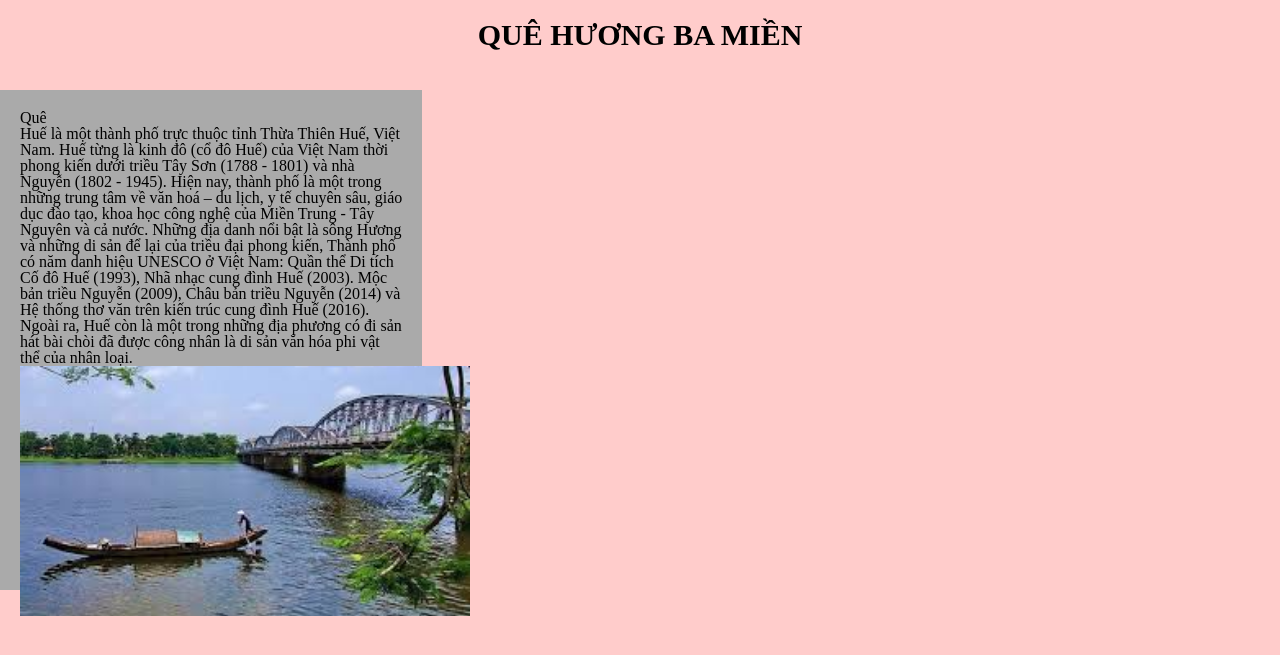
Repository: Tan-Khang21/TH_TKW--Buoi_06
Page: Bai_Tap_Tren_lop/Bai_02/LayoutCSS2.html
These files come from the project's save history. The page is drawn as it stood at one moment and after the next save; the edit follows.
The browser window is 1280 px wide. The pictures show the whole page.

Above is the page before, as saved 2024-03-11 20:23:14.

After the next save:
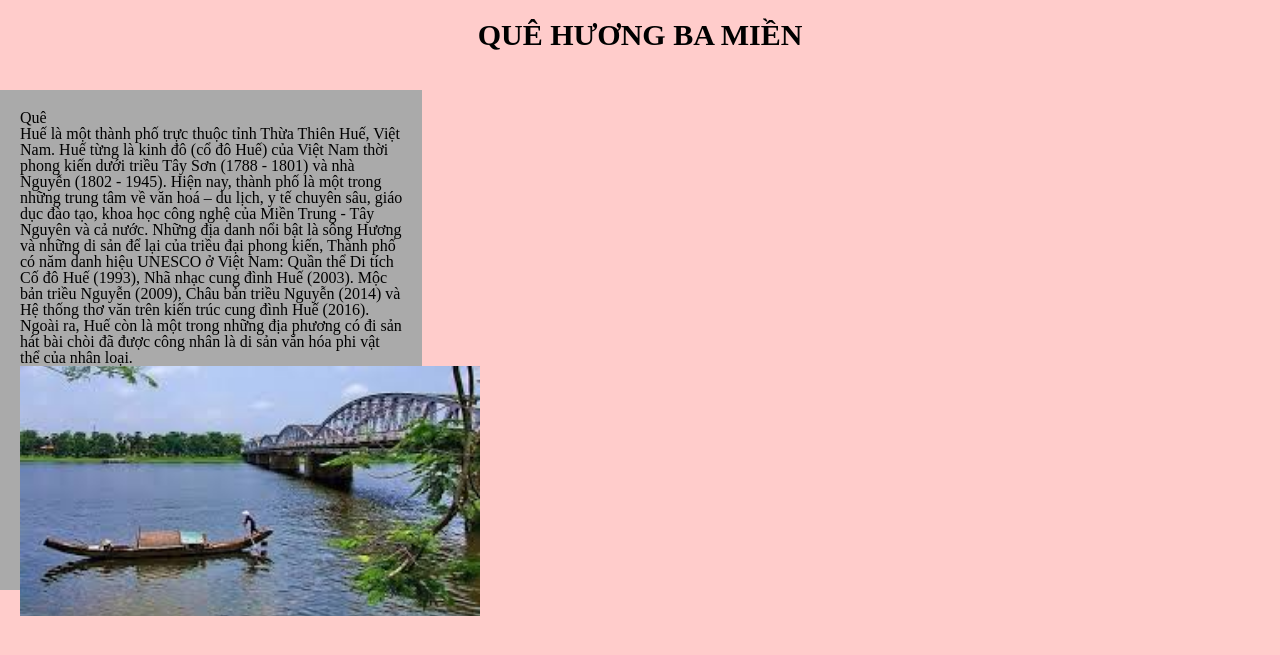
Saved 36 s later.
--- a/Bai_Tap_Tren_lop/Bai_02/style.css
+++ b/Bai_Tap_Tren_lop/Bai_02/style.css
@@ -19,7 +19,7 @@ body {
   background-color: #aaaaaa;
 }
 .images {
-  width: 450px;
+  width: 460px;
   height: 250px;
 }
 .images img {
